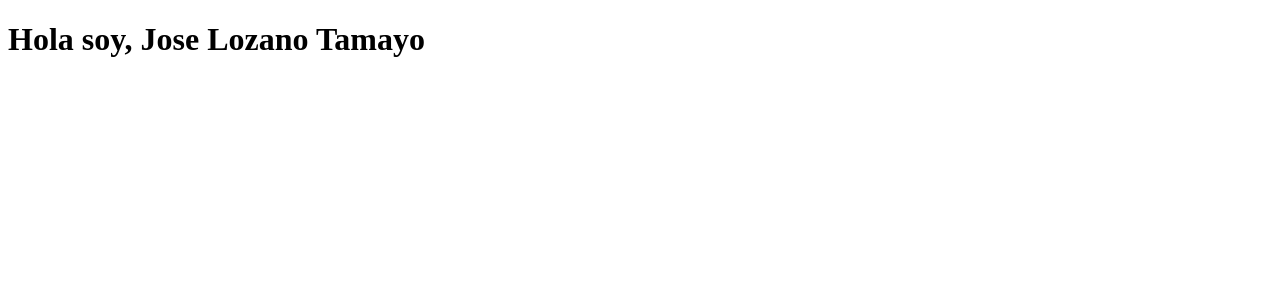
Repository: joseLozanoTamayo/project-react
Page: / (app in 1.ReactDOM.render/)
These files come from the project's save history. The page is drawn as it stood at one moment and after the next save; the edit follows.
The browser window is 1280 px wide. The pictures show the whole page.
The project was rebuilt for these pictures with package versions that can differ from the ones it lists, and the page was loaded fresh each time.

Above is the page before, as saved 2019-05-22 21:20:31.

After the next save:
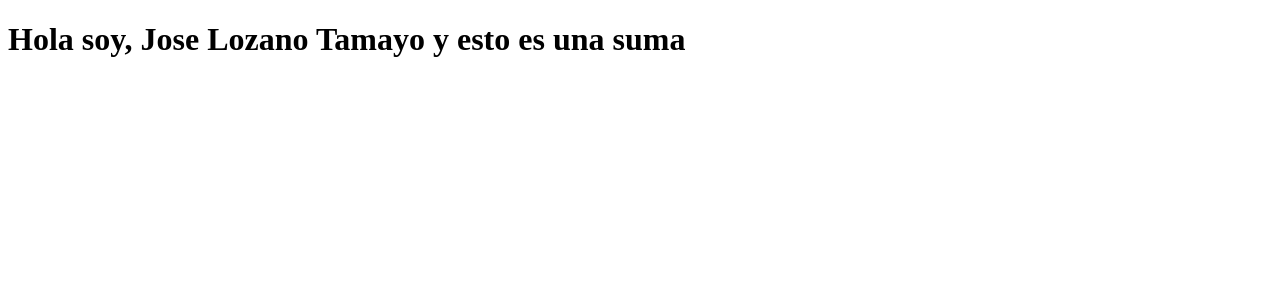
Saved 28 s later.
--- a/1.ReactDOM.render/src/index.js
+++ b/1.ReactDOM.render/src/index.js
@@ -10,8 +10,10 @@
 
 
 const name = 'Jose Lozano Tamayo';
-const jsx = <h1>Hola soy, {name}</h1>;
 const suma = () => 3 + 3;
+
+const jsx = <h1>Hola soy, {name} y esto es una suma {suma}</h1>;
+
 
 
 // const element = <h1>Hello, Platzi Badges from react!</h1>;
